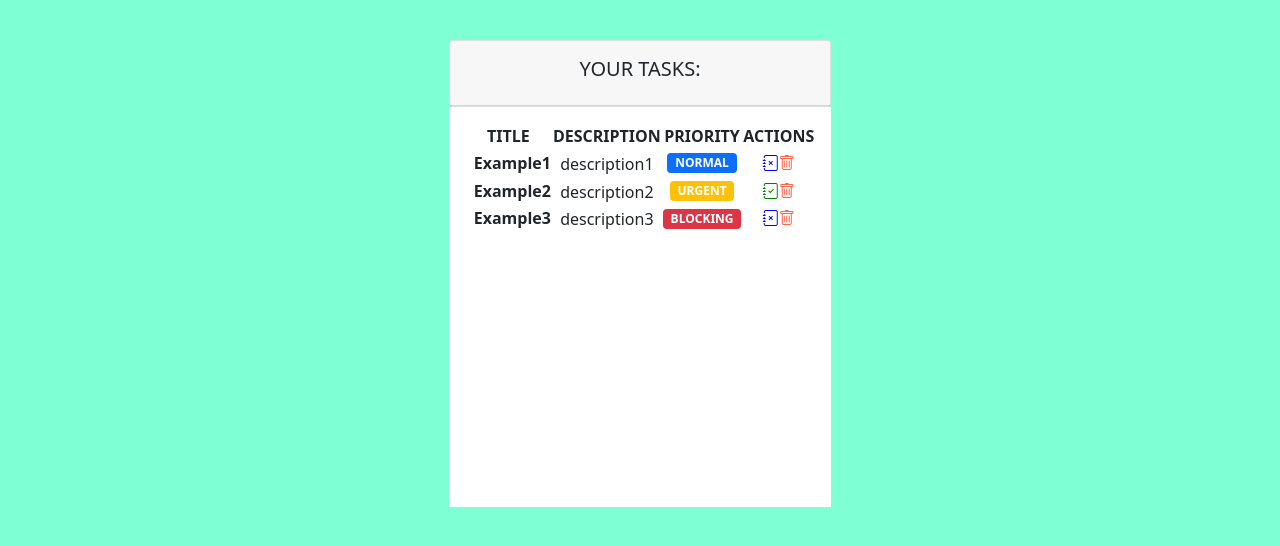
Repository: abgdev1997/proyecto-evo
Page: /
The author's editor kept a copy of each file at every save. The page is drawn from the files as they stood at one save, then again after the next save.
The browser window is 1280 px wide. The pictures show the whole page.
The project was rebuilt for these pictures with package versions that can differ from the ones it lists, and the page was loaded fresh each time.

Above is the page before, as saved 2022-01-27 13:02:41.

### src/index.js
import React from 'react';
import ReactDOM from 'react-dom';
import 'bootstrap/dist/css/bootstrap.css';
import 'bootstrap-icons/font/bootstrap-icons.css';
import './index.css';
import App from './App';

ReactDOM.render(
  <React.StrictMode>
    <App />
  </React.StrictMode>,
  document.getElementById('root')
);

### src/index.css
body{
    display: flex;
    align-items: center;
    justify-content: center;
    padding-top: 40px;
    padding-bottom: 40px;
    background-color: aquamarine;
}

### src/App.js
import './App.css';
import TaskList from './components/container/task_list';

function App() {
  return (
    <div className="App">
        {/* Componente de listado de tareas */}
        <TaskList></TaskList>
    </div>
  );
}

export default App;

### src/components/container/task_list.jsx
import React, {useState, useEffect} from 'react';
import {Task} from '../../models/levels.class'
import { LEVELS } from '../../models/levels.enum';
import TaskComponent from '../pure/task_component'

const TaskList = () => {

    const defaultTask1 = new Task('Example1', 'description1', false, LEVELS.NORMAL);
    const defaultTask2 = new Task('Example2', 'description2', true, LEVELS.URGENT);
    const defaultTask3 = new Task('Example3', 'description3', false, LEVELS.BLOCKING);




    //Estados del componente
    const [tasks, setTasks] = useState([defaultTask1, defaultTask2, defaultTask3]);
    const [loading, setLoading] = useState(true);

    //Control de ciclo de vida del componente
    useEffect(() => {
        console.log('Task State has been modified');
        setLoading(false);
        return () => {
            console.log('TaskList component is going to unmount');
        };
    }, [tasks]);

    const changeCompleted = (id) => {
        {/*TODO: Cambiar estado de una tarea'*/}
    }

    return (
        <div>
            {/* Dividimos el contenedor en 12 columnas */}
            <div className='col-12'>
                {/* Usamos la class card */}
                <div className='card'>
                    {/* CARD HEADER (TITLE) */}
                    {/* card-header es la cabecera de la carta, p-3 es padding 3 */}
                    <div className='card-header p-3 '>
                        <h5>
                            YOUR TASKS:
                        </h5>
                    </div>
                </div>
                {/* CARD BODY (CONTENT) */}
                <div className='card-body' data-mdb-perfect-scrollbar='true' style={ {position: 'relative', height:'400px', backgroundColor:'white'} }>
                    <table>
                        <thead>
                            <tr>
                                <th scope='col'>TITLE</th>
                                <th scope='col'>DESCRIPTION</th>
                                <th scope='col'>PRIORITY</th>
                                <th scope='col'>ACTIONS</th>
                            </tr>
                        </thead>
                        <tbody>
                            {tasks.map((task, index) => <TaskComponent key={index} task={task}></TaskComponent>)}
                        </tbody>
                    </table>
                </div>
            </div>
        </div>
    );
};


export default TaskList;

### src/models/levels.class.js
import { LEVELS } from "./levels.enum";

export class Task {
    name = 'o';
    description = '';
    completed = false;
    level = LEVELS.NORMAL;

    constructor(name, description, completed, level){
        this.name = name;
        this.description = description;
        this.completed = completed;
        this.level = level;
    }
}

### src/models/levels.enum.js
export const LEVELS = {
    NORMAL: 'NORMAL',
    URGENT: 'URGENT',
    BLOCKING:'BLOCKING',
}

### src/components/pure/task_component.jsx
import React, {useEffect} from 'react';
import PropTypes from 'prop-types';
import { Task } from '../../models/levels.class';
import { LEVELS } from '../../models/levels.enum';


const TaskComponent = ({task}) => {

    useEffect(() => {
        console.log('Created task')
        return () => {
            console.log(`Task: ${task.name} is going to unmount...`)
        };
    }, [task]);

    function taskLevelBadge(){
        switch (task.level) {
            case LEVELS.NORMAL:
                return(<h6 className='mb-0'><span className='badge bg-primary'>{task.level}</span></h6>);
            case LEVELS.URGENT:
                return(<h6 className='mb-0'><span className='badge bg-warning'>{task.level}</span></h6>);
            case LEVELS.BLOCKING:
                return(<h6 className='mb-0'><span className='badge bg-danger'>{task.level}</span></h6>);
            default:
                break;
        }
    }

    function taskCompletedIcon(){
        if(task.completed){
            return(<i className='bi bi-journal-check' style={{color: 'green', fontWeight:'bold'}}></i>);
        }else{
            return(<i className='bi bi-journal-x' style={{color: 'blue', fontWeight:'bold'}}></i>);
        }
    }

    return (

        <tr className='fw-normal'>
            <th>
                {/* ms-2 Margin 2 */}
                <span className='ms-2'>{task.name}</span>
            </th>
            <td>
                {/* align-middle alinea al centro */}
                <span className='align-middle'>{task.description}</span>
            </td>
            <td>
                {/* <span className='align-middle'>{task.level}</span> */}
                {taskLevelBadge()}
            </td>
            <td>
                {/* <span className='align-middle'>{task.completed ? 'COMPLETED' : 'PENDING'}</span> */}
                {taskCompletedIcon()}
                <i className='bi-trash' style={{color:'tomato', fontWeight:'bold'}}></i>
            </td>
        </tr>

        // <div>
        //     <h2>
        //         Name: {task.name}
        //     </h2>
        //     <h3>
        //         Description: {task.description}
        //     </h3>
        //     <h4>
        //         Level: {task.level}
        //     </h4>
        //     <h5>
        //         This task is: {task.completed ? 'COMPLETED' : 'PENDING'}
        //     </h5>
        // </div>
    );
};


TaskComponent.propTypes = {
    task: PropTypes.instanceOf(Task)
};


export default TaskComponent;

Loaded but not shown: public/index.html (common file); src/App.css (common file)

After the next save:
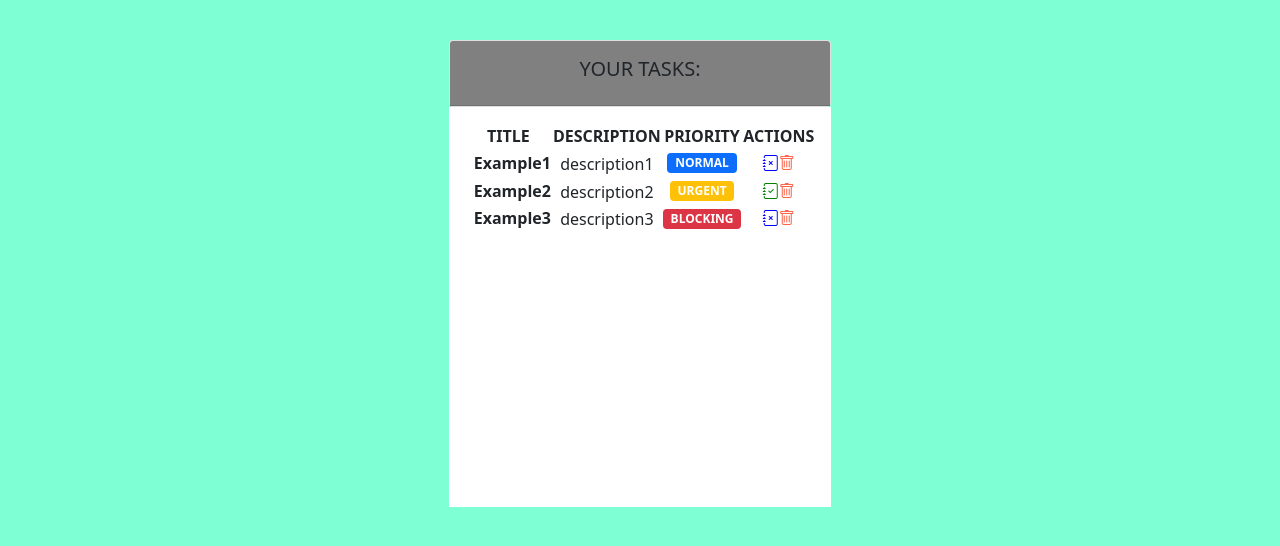
Saved 46 s later.
--- a/src/components/container/task_list.jsx
+++ b/src/components/container/task_list.jsx
@@ -37,7 +37,7 @@ const TaskList = () => {
                 <div className='card'>
                     {/* CARD HEADER (TITLE) */}
                     {/* card-header es la cabecera de la carta, p-3 es padding 3 */}
-                    <div className='card-header p-3 '>
+                    <div className='card-header p-3' style={{backgroundColor:'gray'}}>
                         <h5>
                             YOUR TASKS:
                         </h5>
